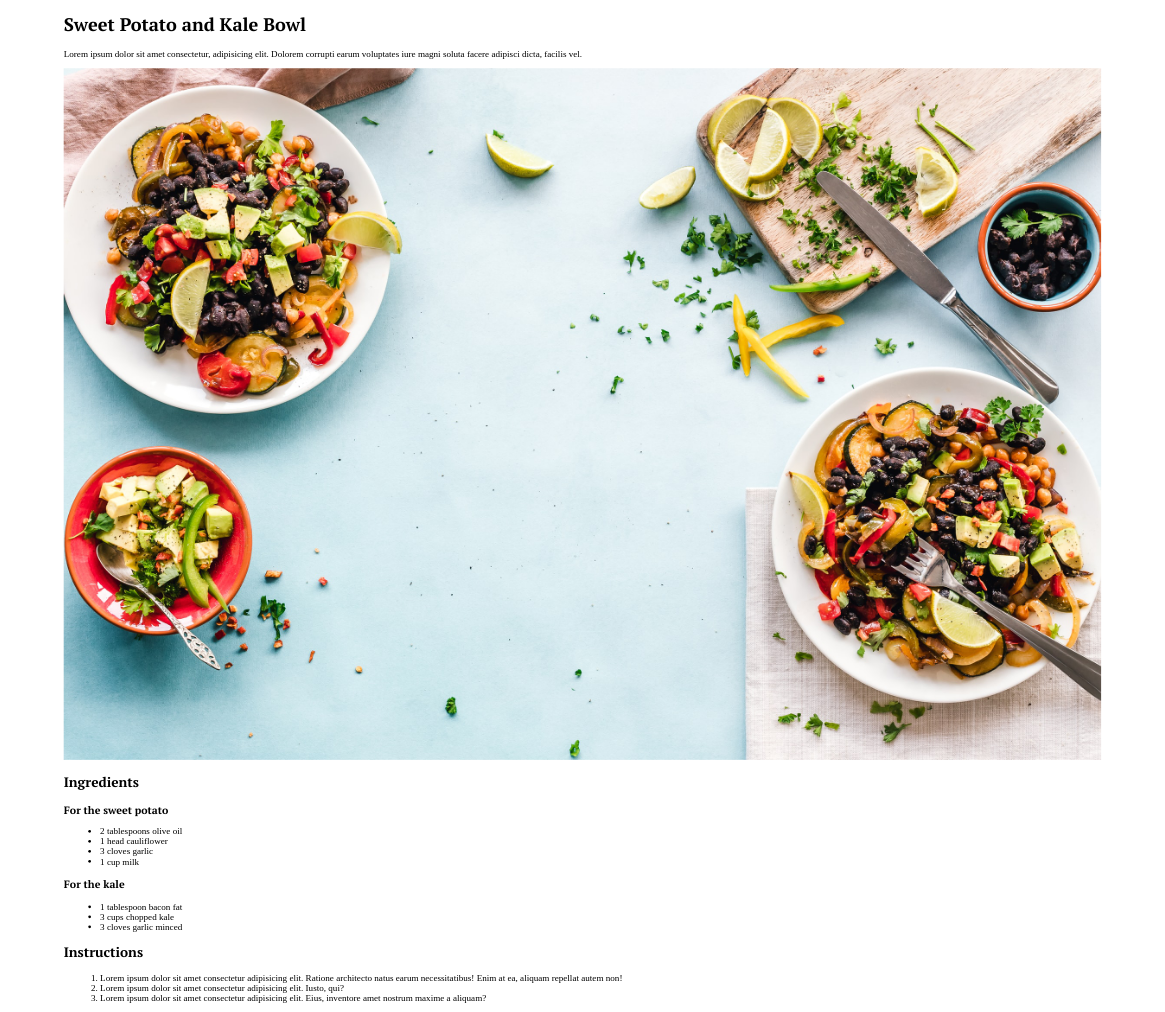
Repository: ZhenyaKu/recipe-art-pages
Page: index.html
An editor plug-in stored every save of this project. The page is shown before and after the next save, followed by the edit.
The browser window is 1280 px wide. The pictures show the whole page, at 91% of full size.

Above is the page before, as saved 2021-03-15 00:01:19.

After the next save:
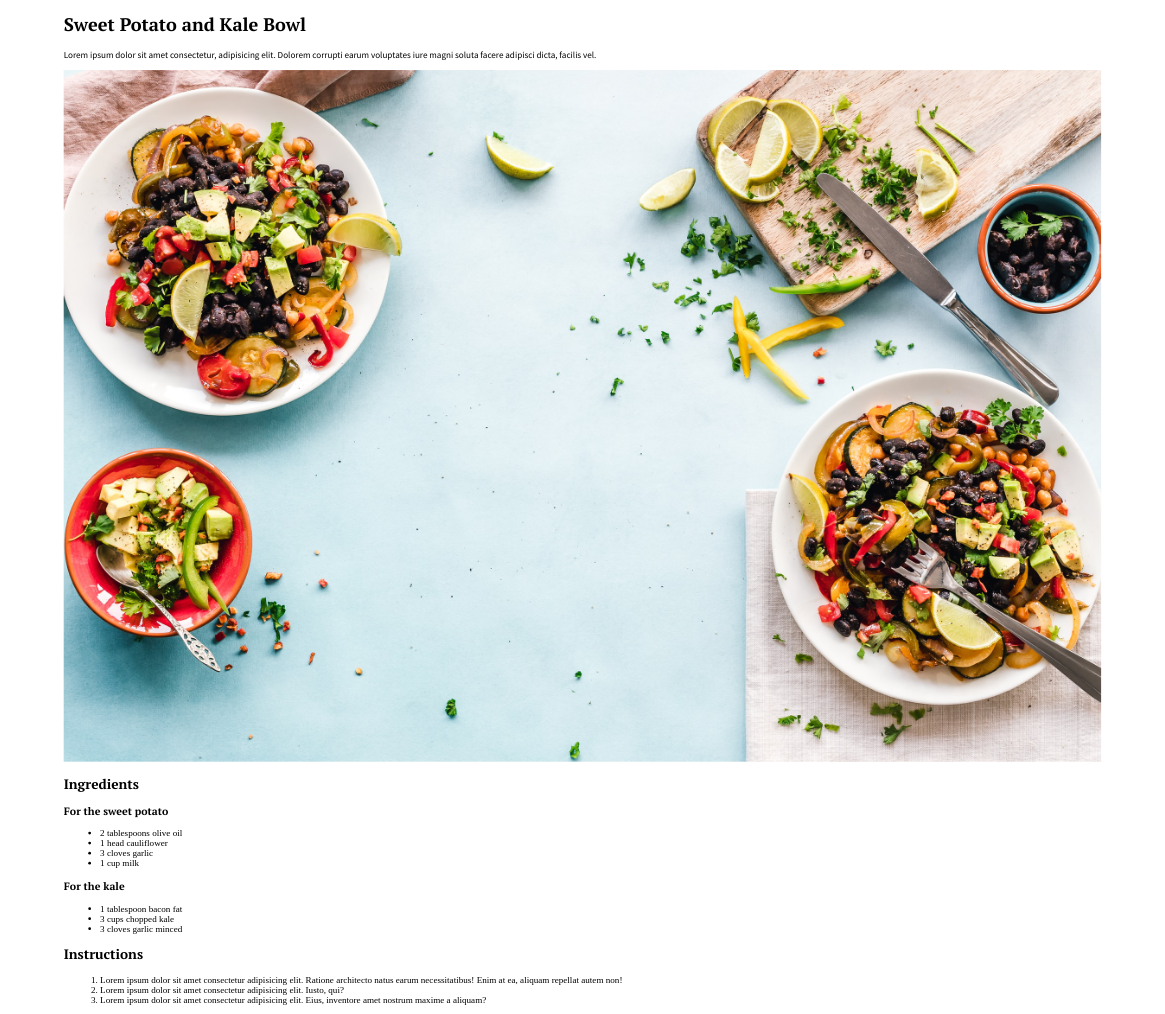
Saved 33 s later.
--- a/css/styles.css
+++ b/css/styles.css
@@ -18,6 +18,7 @@ img {
     width: 100%;
 }
 
-.lead{
-    font-family: ;
+.lead {
+    font-family: 'Source Sans Pro', sans-serif;
+
 }
